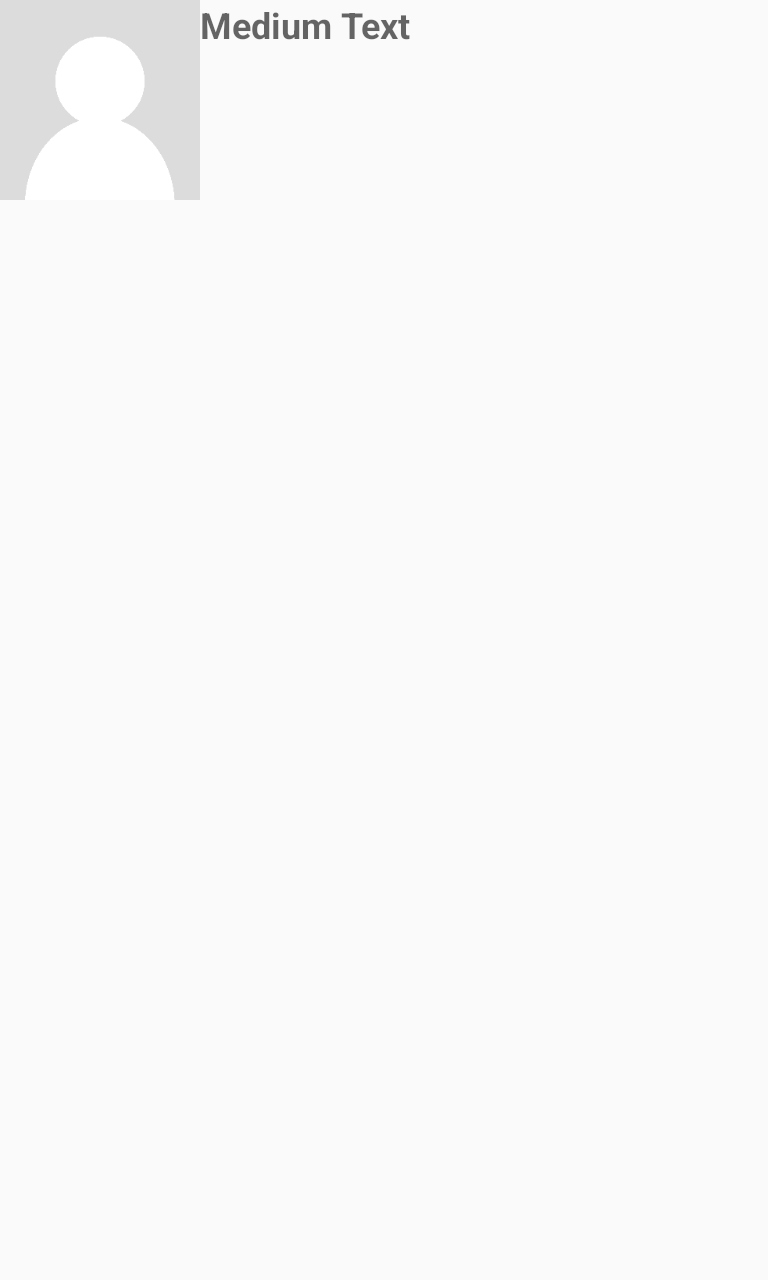
Repository: savindra/cutting-edge
Layout: Humzearch/res/layout/view_response_item.xml
An editor plug-in stored every save of this project. The layout is shown before and after the next save, followed by the edit.
It is drawn on a 768 x 1280 px phone screen (xhdpi) without system bars, with theme AppTheme; the app's code is not run.

Above is the layout before, as saved 2015-06-15 16:15:06.

After the next save:
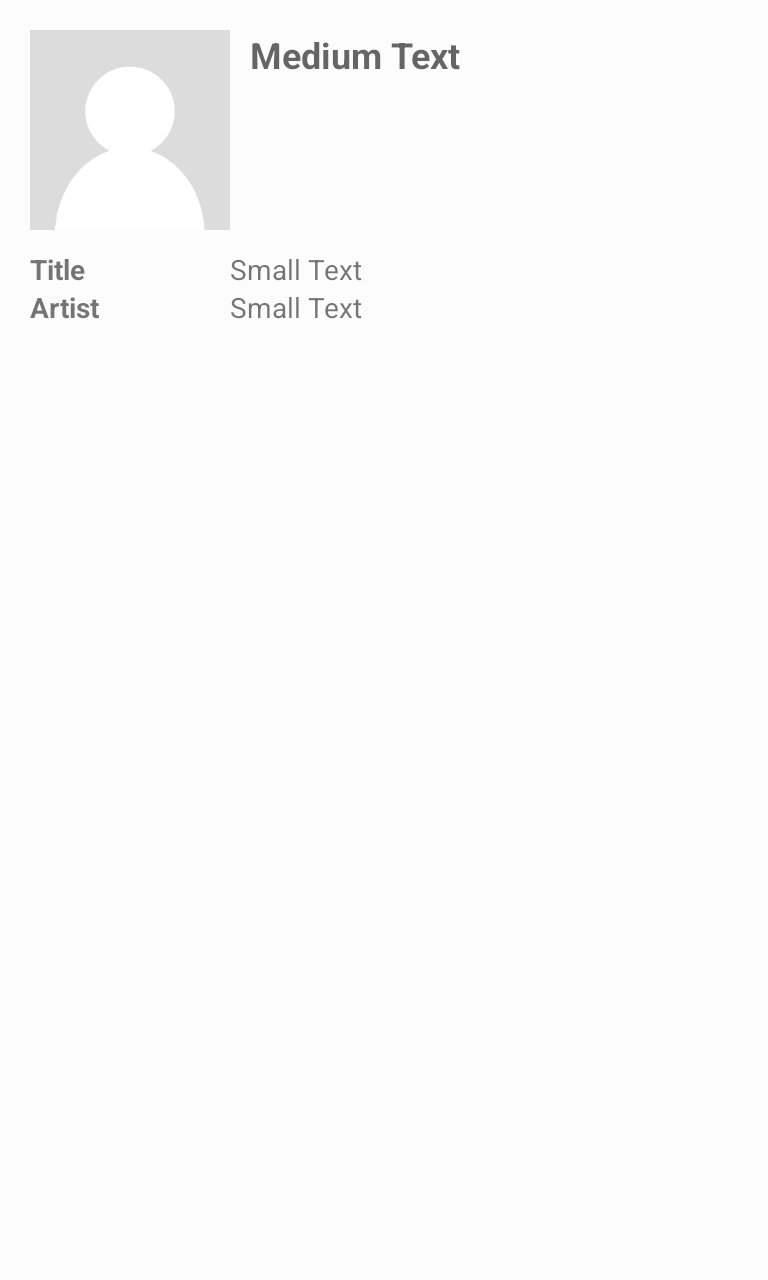
Saved 57 s later.
--- a/Humzearch/res/layout/view_response_item.xml
+++ b/Humzearch/res/layout/view_response_item.xml
@@ -2,24 +2,76 @@
 <RelativeLayout xmlns:android="http://schemas.android.com/apk/res/android"
     android:layout_width="match_parent"
     android:layout_height="match_parent"
+    android:background="@color/background"
     android:orientation="vertical" >
 
     <ImageView
-        android:id="@+id/imageView1"
+        android:id="@+id/imgViewResponseItemUser"
         android:layout_width="100dp"
         android:layout_height="100dp"
         android:layout_alignParentLeft="true"
         android:layout_alignParentTop="true"
+        android:layout_marginLeft="15dp"
+        android:layout_marginTop="15dp"
         android:src="@drawable/ic_default_user" />
 
-    <TextView
-        android:id="@+id/textView1"
+    <LinearLayout
+        android:id="@+id/linearLayout1"
         android:layout_width="wrap_content"
         android:layout_height="wrap_content"
-        android:layout_alignParentTop="true"
-        android:layout_toRightOf="@+id/imageView1"
+        android:layout_alignParentLeft="true"
+        android:layout_below="@+id/imgViewResponseItemUser"
+        android:layout_marginLeft="15dp"
+        android:layout_marginTop="10dp" >
+
+        <TextView
+            android:id="@+id/textView1"
+            android:layout_width="100dp"
+            android:layout_height="wrap_content"
+            android:text="@string/title"
+            android:textAppearance="?android:attr/textAppearanceSmall"
+            android:textStyle="bold" />
+
+        <TextView
+            android:id="@+id/txtViewResponseItemTitle"
+            android:layout_width="wrap_content"
+            android:layout_height="wrap_content"
+            android:text="Small Text"
+            android:textAppearance="?android:attr/textAppearanceSmall" />
+    </LinearLayout>
+
+    <TextView
+        android:id="@+id/txtViewResponseName"
+        android:layout_width="wrap_content"
+        android:layout_height="wrap_content"
+        android:layout_alignTop="@+id/imgViewResponseItemUser"
+        android:layout_marginLeft="10dp"
+        android:layout_toRightOf="@+id/imgViewResponseItemUser"
         android:text="Medium Text"
         android:textAppearance="?android:attr/textAppearanceMedium"
         android:textStyle="bold" />
 
+    <LinearLayout
+        android:layout_width="wrap_content"
+        android:layout_height="wrap_content"
+        android:layout_alignLeft="@+id/linearLayout1"
+        android:layout_below="@+id/linearLayout1" >
+
+        <TextView
+            android:id="@+id/textView2"
+            android:layout_width="100dp"
+            android:layout_height="wrap_content"
+            android:text="@string/artist"
+            android:textAppearance="?android:attr/textAppearanceSmall"
+            android:textStyle="bold" />
+
+        <TextView
+            android:id="@+id/textView3"
+            android:layout_width="wrap_content"
+            android:layout_height="wrap_content"
+            android:text="Small Text"
+            android:textAppearance="?android:attr/textAppearanceSmall" />
+
+    </LinearLayout>
+
 </RelativeLayout>
